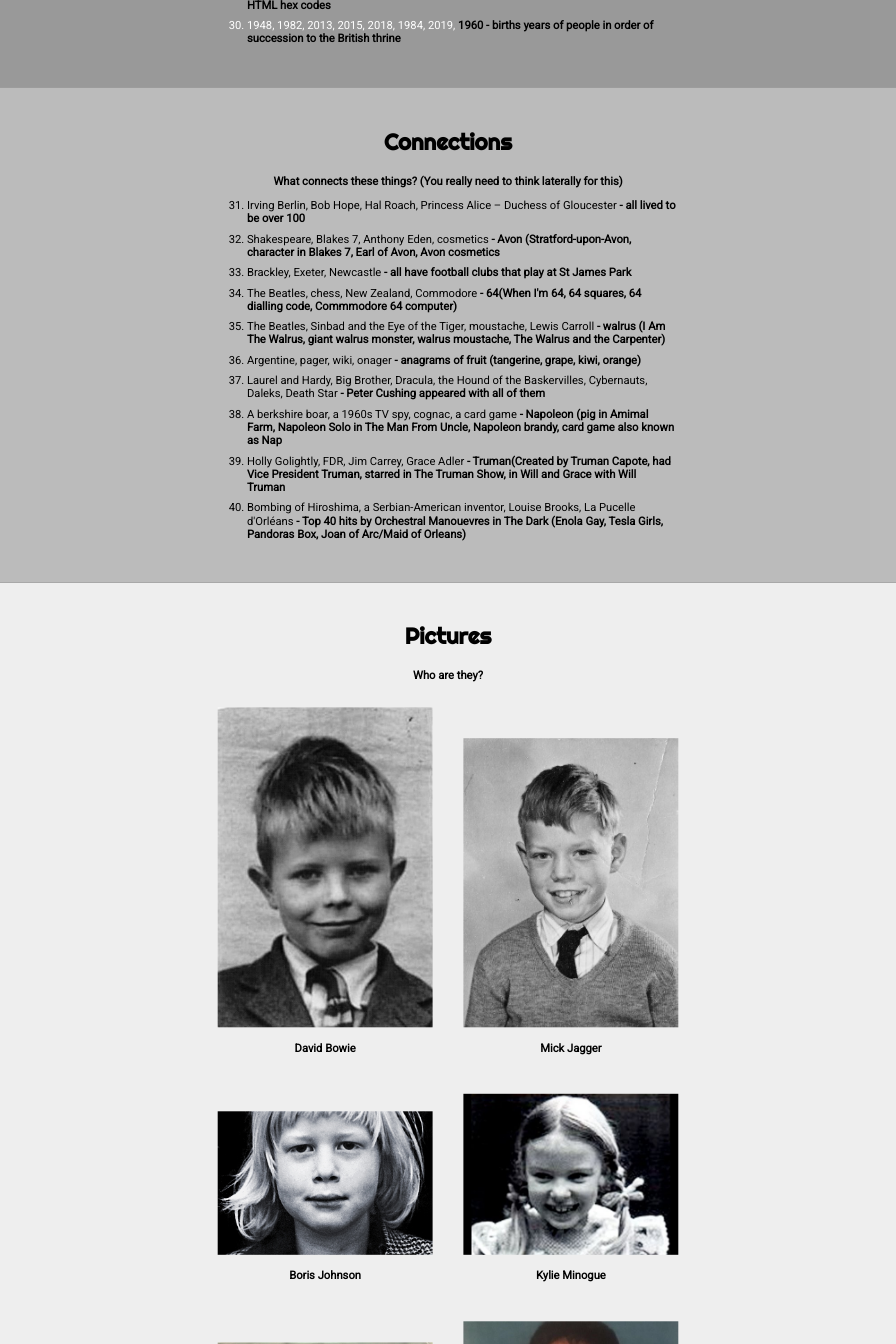
Repository: Domehead123/quiz
Page: answers.html
The author's editor kept a record of every edit. The page is drawn from the files as they stood at one moment, then again after the next edit.
The browser window is 1280 px wide. The pictures show the part of the page from y = 1671 to 3591 px (the page is 4786 px tall before and 4751 px after), at 70% of full size.

Above is the page before.

After the next edit:
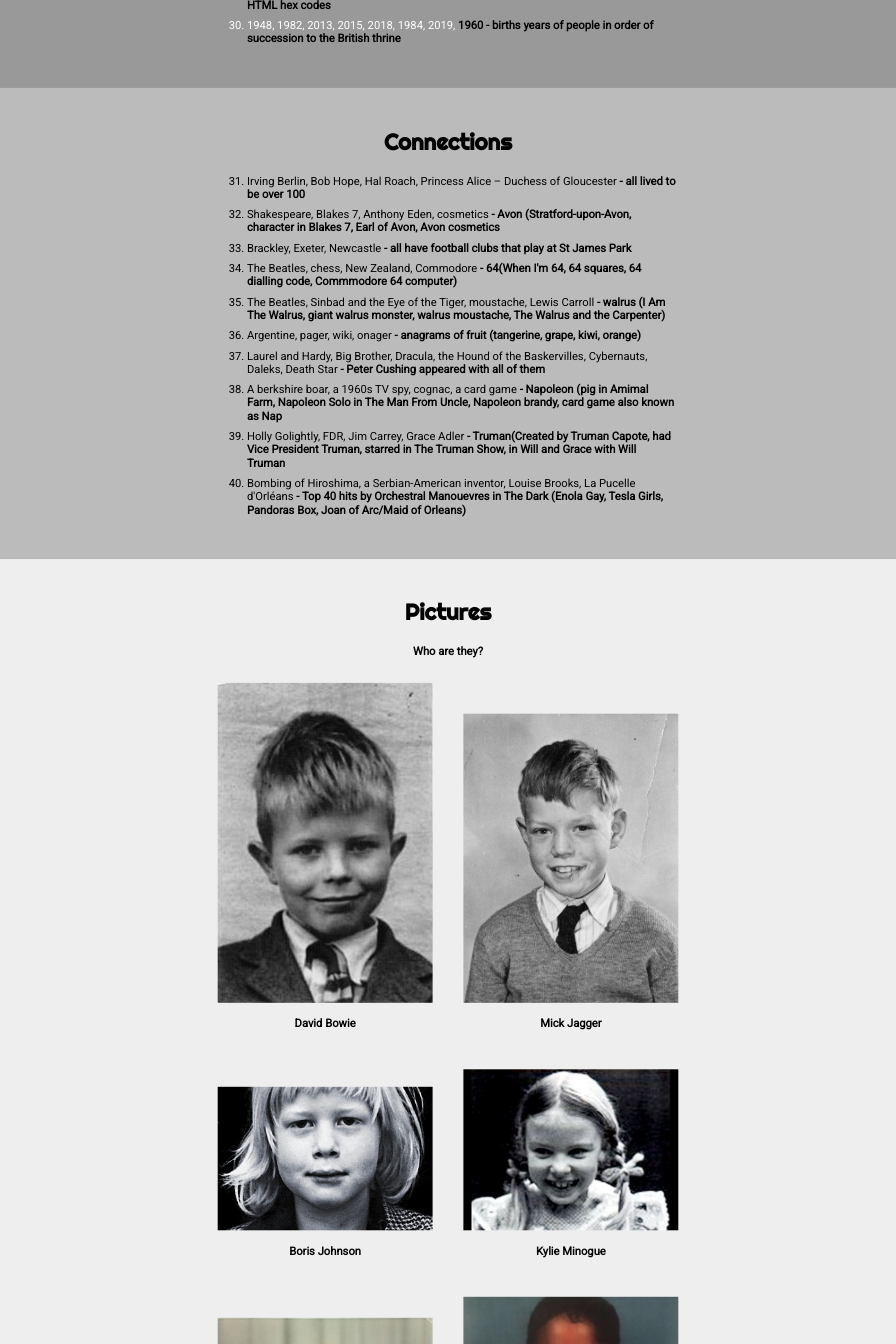
The edit:
--- a/answers.html
+++ b/answers.html
@@ -85,7 +85,7 @@
             <h2>Connections</h2>
 
 
-            <p>What connects these things? (You really need to think laterally for this)</p>
+
             <ol start="31">
                 <li>Irving Berlin, Bob Hope, Hal Roach, Princess Alice – Duchess of Gloucester <span>- all lived to be over 100</span></li>
                 <li>Shakespeare, Blakes 7, Anthony Eden, cosmetics <span>- Avon (Stratford-upon-Avon, character in Blakes 7, Earl of Avon, Avon cosmetics</span></li>
